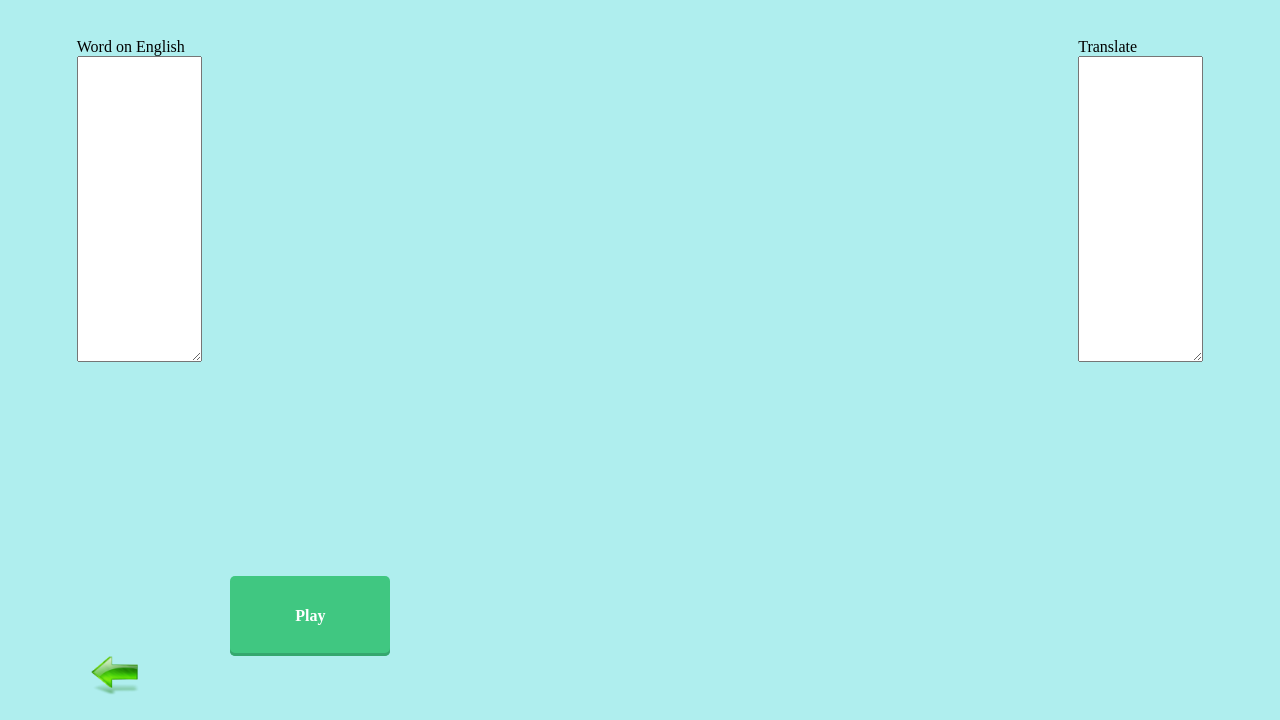
Repository: Artem-Brunov/msu_prac
Page: workspace/BasicUI/FastPlay.html
An editor plug-in stored every save of this project. The page is shown before and after the next save, followed by the edit.
The browser window is 1280 px wide. The pictures show the whole page.

Above is the page before, as saved 2017-11-20 05:45:48.

### workspace/BasicUI/FastPlay.html
<!DOCTYPE html>
<html>
<head>
    <meta charset="utf-8" />
    <meta name="viewport" content="width=device-width, initial-scale=1.0, maximum-scale=1.0">
    <meta name="description" content="Tizen Mobile Web Basic Template" />

    <title>Tizen Mobile Web Basic Application</title>

	<link rel="stylesheet" type="text/css" href="css/style.css" />
    <link rel="stylesheet" type="text/css" href="css/NewPlaylist.css" />
</head>
<body>
	<div class = "take_1">
		<form name = "Eng">

  			<p>Word on English<br>
  				<textarea cols = "13" rows = "20" wrap = "hard" name = "EngW"></textarea>
  			</p>
  		</form>
  	</div>
  	<div class = take_2>
  		<form name = "Trnslt">
  			<p>Translate<br>
  				<textarea cols = "13" rows = "20" wrap = "hard" name = "Transl"></textarea>
  			</p>
 		</form>
 	</div>
	<div class = "FP">
		<a href = "" class = "first_button">Play</a>
	</div>
	<div class = "BBack">
			<a href = "index.html"><img src="images/Back.png" width="50"
  height="50" alt="One step back"></a>
		</div>
</body>
</html>

### workspace/BasicUI/css/style.css
html,
body {
    width: 100%;
    height: 100%;
    margin: 0 auto;
    padding: 0;
    background: PaleTurquoise;
 }
 .titl{

 	position: absolute;
 	left: 25.5%;
 	top: 10%;
 	color: Gray;
 }
 a.first_button {

	display: block;
	width: 160px;
	height: 80px;
  	line-height: 5em;
	border-radius: 5px;
 	background: rgb(64,199,129);
	box-shadow: 0 -3px rgb(53,167,110) inset;
	font-weight: 900;
  	color: white;
  	text-align: center;
  	text-decoration: none;
  	transition: 0.2s;
}
a.first_button:hover { background: rgb(53, 167, 110); }
a.first_button:active {
  background: rgb(33,147,90);
  box-shadow: 0 3px rgb(33,147,90) inset;
}
.New {
	position: absolute;
  	top: 47%;
  	left: 28%;

}
.Select {
	position: absolute;
  	top: 64%;
  	left: 28%;

}
.FastPlay {
	position: absolute;
  	top: 30%;
  	left: 28%;

}

### workspace/BasicUI/css/NewPlaylist.css
.Return {
	position: absolute;
  	top: 24%;
  	left:50%;

}
.Add {
	position: absolute;
  	top: 4%;
  	left: 50%;
}
.BBack{
	position: absolute;
  	top: 90%;
  	left: 7%;
}
.Settings{
	position: absolute;
	left: 18%;
	top: 10%;
 	color: Gray;
}
.take_1{
	position: absolute;
	left: 6%;
	top: 3%;
}
.take_2{
	position: absolute;
	right: 6%;
	top: 3%;
}
.FP{
	position: absolute;
	left: 18%;
	top: 80%;
}

After the next save:
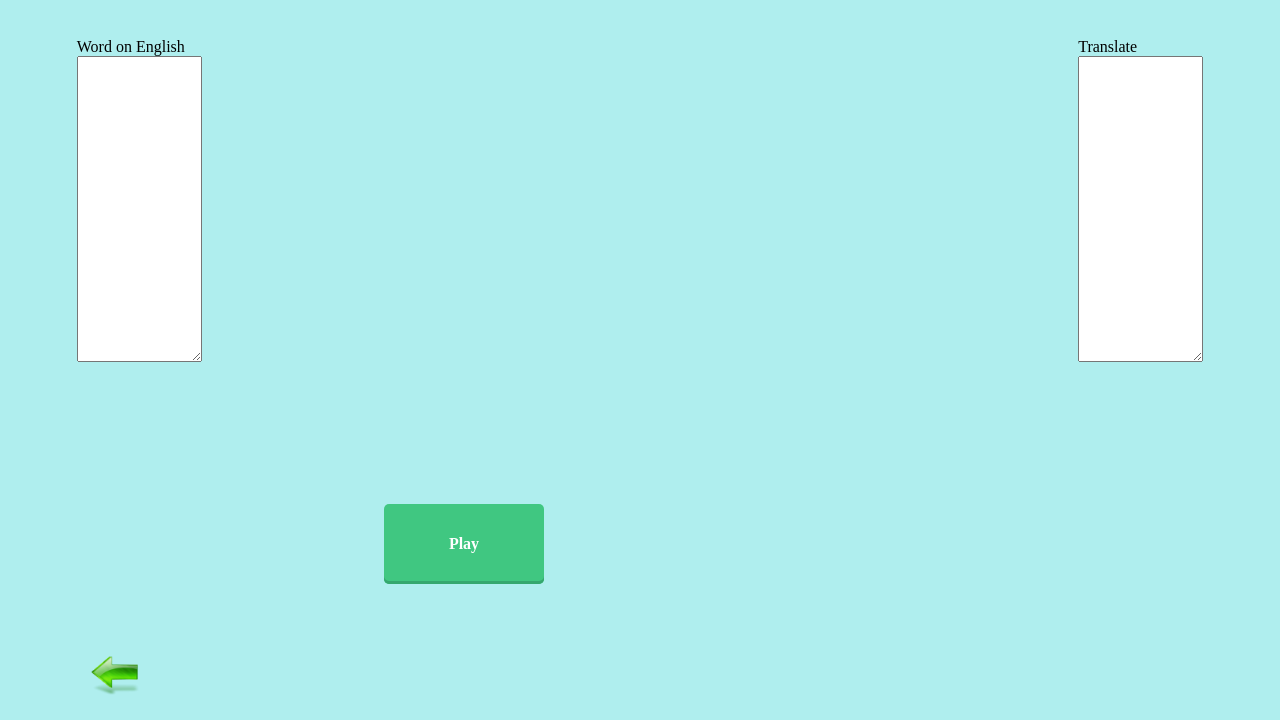
Saved 46 s later.
--- a/workspace/BasicUI/css/NewPlaylist.css
+++ b/workspace/BasicUI/css/NewPlaylist.css
@@ -32,6 +32,6 @@
 }
 .FP{
 	position: absolute;
-	left: 18%;
-	top: 80%;
+	left: 30%;
+	top: 70%;
 }
